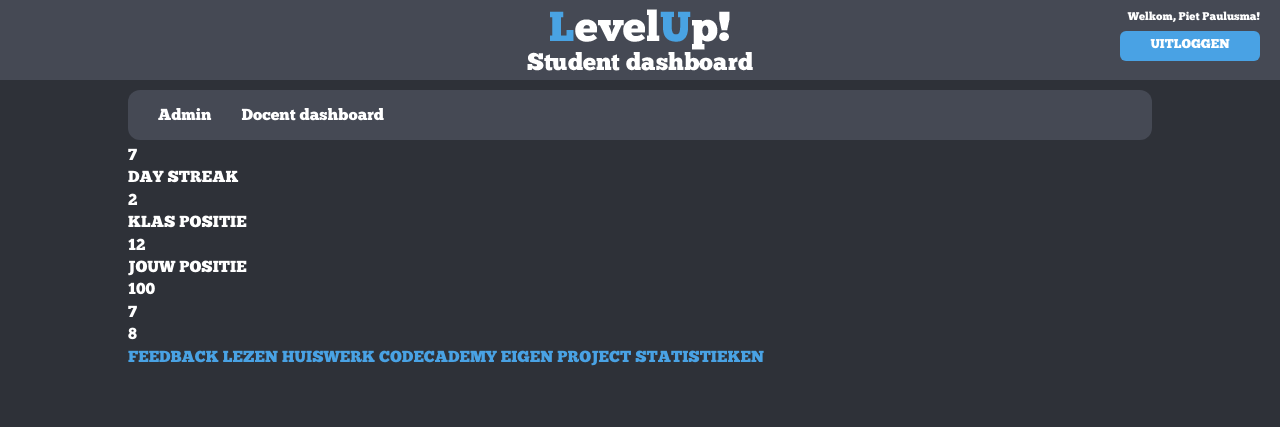
Repository: boblanckenburg/levelup
Page: website/src/index.html
An editor plug-in stored every save of this project. The page is shown before and after a run of saves, followed by the edit.
The browser window is 1280 px wide. The pictures show the whole page.

Above is the page before, as saved 2014-10-07 15:28:58.

After the next 2 saves:
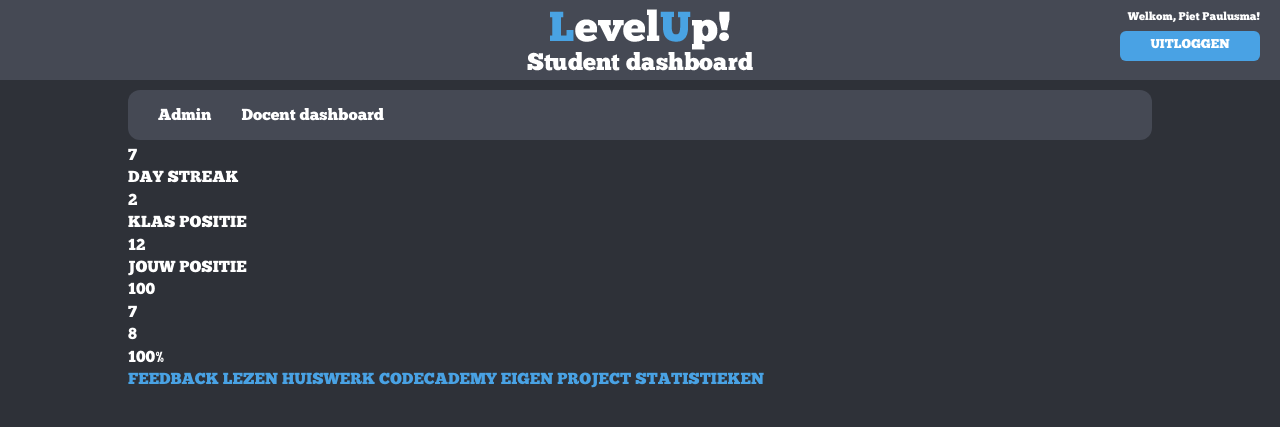
The 2 saves are shown as one change because they came seconds apart.
The last was saved 8 days later.
--- a/website/src/index.html
+++ b/website/src/index.html
@@ -55,6 +55,8 @@
 						<div class="prevlevel">7</div>
 					    <span style="width: 60%"></span>
 					    <div class="nextlevel">8</div>
+
+					    <div class="percentage">100%</div>
 					</div>
 
 				</section>
